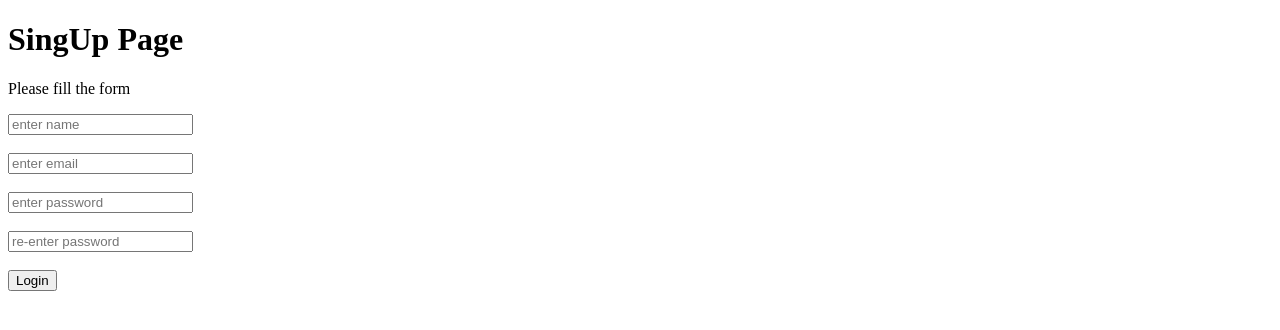
Repository: Altafalinadaf/SimpleProjects
Page: servletDemo10/src/main/webapp/index10.html
The author's editor kept a copy of each file at every save. The page is drawn from the files as they stood at one save, then again after the next save.
The browser window is 1280 px wide. The pictures show the whole page.

Above is the page before, as saved 2023-10-31 18:15:59.

After the next save:
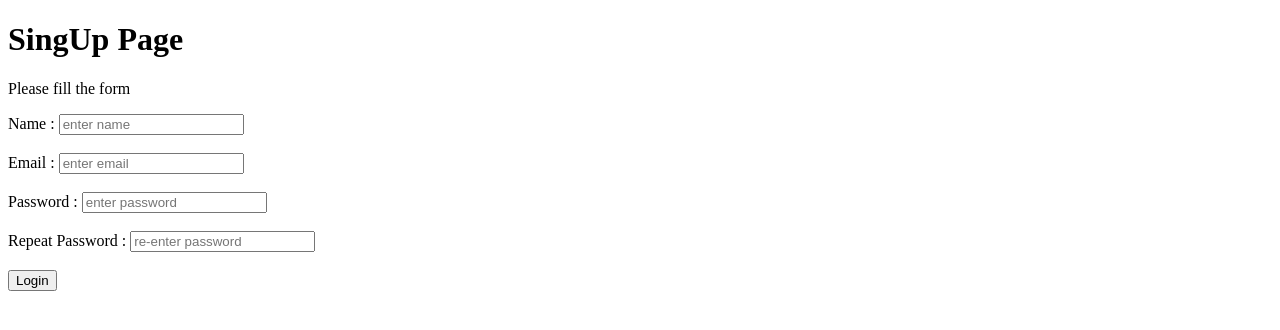
Saved 2 min 50 s later.
--- a/servletDemo10/src/main/webapp/index10.html
+++ b/servletDemo10/src/main/webapp/index10.html
@@ -12,16 +12,20 @@
 	<form action="login" method="post">
 		<field set>
 
+			<label for="name">Name : </label>
 			<input type="text" name="name" placeholder="enter name" required/>
 
 			<br/>
 			<br/>
+			<label for="email">Email : </label>
 			<input type="text" name="email" placeholder="enter email" required/>
 			<br/>
 			<br/>
+			<label for="password">Password : </label>
 			<input type="password" name="pass" placeholder="enter password" required/>
 			<br/>
 			<br/>
+			<label for="password">Repeat Password : </label>
 			<input type="password" name="pass2" placeholder="re-enter password" required/>
 			<br/>
 			<br/>
